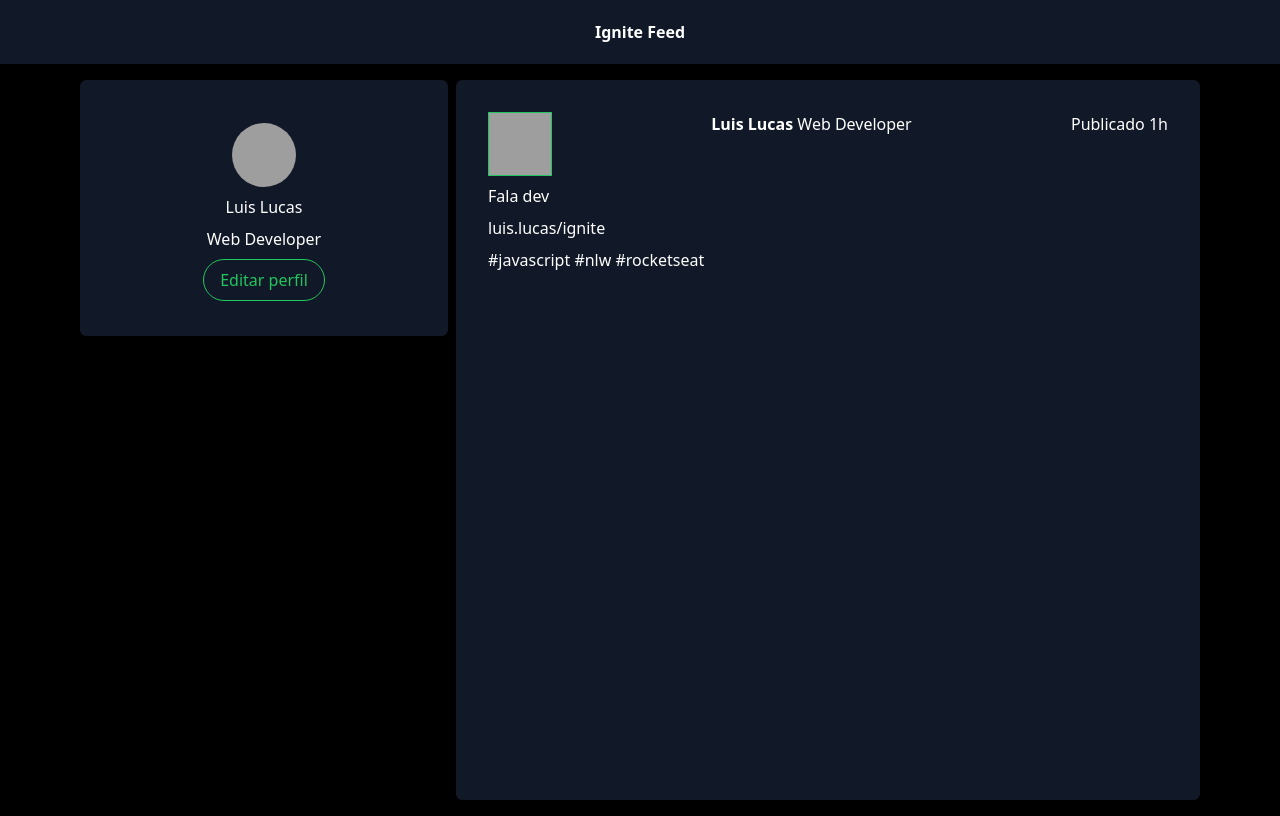
Repository: LuisSempre/ignite-feed
Page: /
An editor plug-in stored every save of this project. The page is shown before and after the next save, followed by the edit.
The browser window is 1280 px wide. The pictures show the whole page.
Pictures or frames that could not be fetched are drawn as grey boxes. The project was rebuilt for these pictures with package versions that can differ from the ones it lists, and the page was loaded fresh each time. Also part of the build but not shown: vite.config.js.

Above is the page before, as saved 2022-07-13 23:17:29.

### src/App.jsx
import { Header } from "./Components/Header"
import { Sidebar } from "./Components/Sidebar"
import { Post } from "./Components/Post"
function App() {
  return (
    <div>
      <Header />
      <div className="max-w-6xl mx-auto p-4 grid grid-cols-3 gap-2 items-start">
        <Sidebar />
        <div className="col-span-2">
         <Post />
        </div>
      </div>
    </div>
  );
}

export default App;

### src/index.css
@tailwind base;
@tailwind components;
@tailwind utilities;

body {
    @apply bg-black text-white;
}

### src/Components/Header.jsx
export function Header() {
  return (
    <div className="flex items-center justify-center h-16 bg-gray-900 mx-auto w-full">
      <h1 className="font-bold bg-gray-900">Ignite Feed</h1>
    </div>
  )
}

### src/Components/Sidebar.jsx
export function Sidebar() {
  return (
    <div className="rounded-md bg-gray-900 justify-center items-center flex flex-col text-center  h-64 space-y-2">
        <span className=" bg-gradient-r from-green-500 via-blue-500"></span>
        <img
          className="w-16 h-16 rounded-full overflow-hidden object-cover"
          src="https://avatars.githubusercontent.com/u/32404639?v=4"
          alt=""
        />
        <h1>Luis Lucas</h1>
        <span>Web Developer</span>
        <a
          href=""
          className="border border-green-500 px-4 py-2 rounded-full text-green-500"
        >
          Editar perfil
        </a>
    </div>
  );
}

### src/Components/Post.jsx
export function Post() {
  return (
    <div className=" bg-gray-900 rounded-md h-screen space-y-2 p-8">
      <div className="flex justify-between ">
        <div className=" flex flex-col">
          <img
            className="h-16 w-16 border border-green-500"
            src="https://github.com/luissempre.png"
            alt=""
          />
        </div>
        <div>
          <strong>Luis Lucas </strong>
          <span>Web Developer</span>
        </div>
        <div>
          <time dataTime="2022-05-11 08:13:00">Publicado 1h</time>
        </div>
      </div>
      <div className="space-y-2">
        <p>Fala dev</p>
        <p>luis.lucas/ignite</p>
        <p>#javascript #nlw #rocketseat</p>
      </div>
    </div>
  );
}

Loaded but not shown: index.html (common file); src/main.jsx (common file); tailwind.config.js (common file)

After the next save:
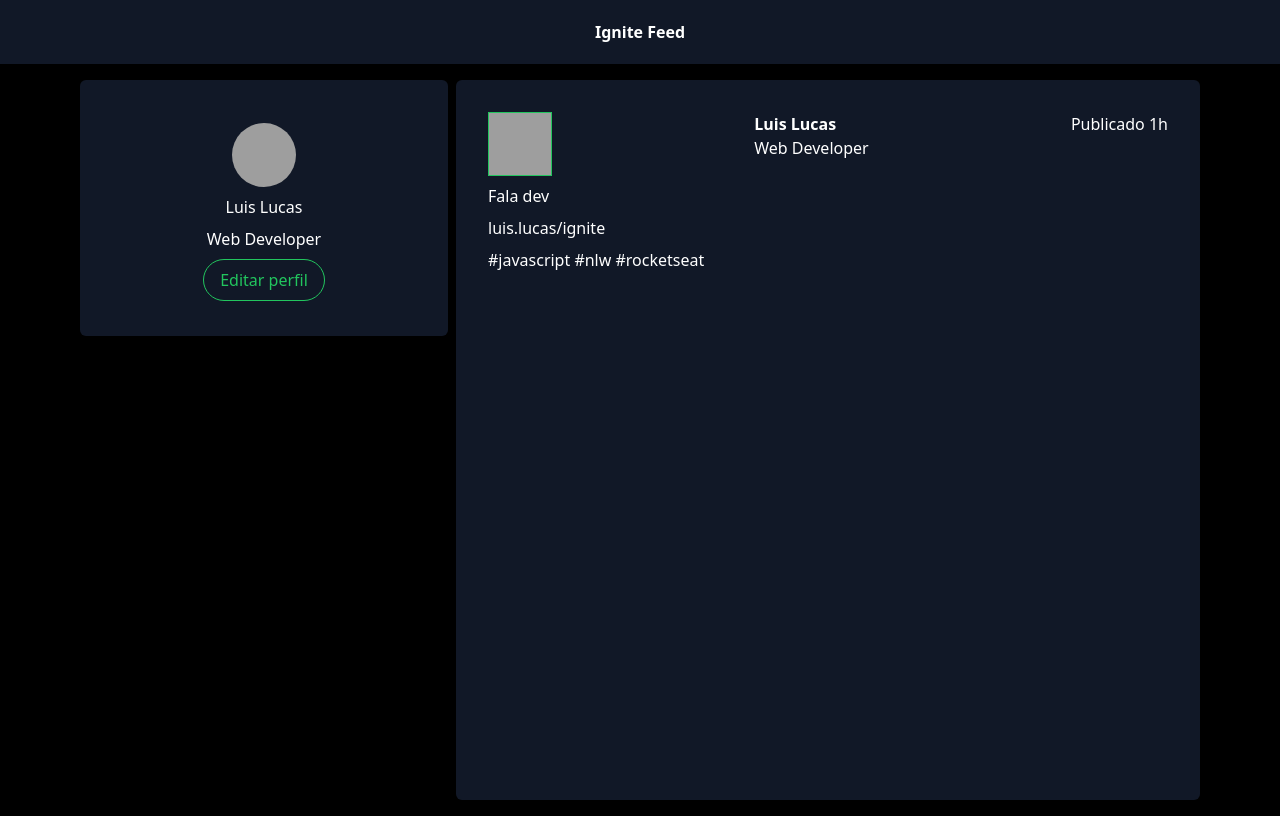
Saved 18 s later.
--- a/src/Components/Post.jsx
+++ b/src/Components/Post.jsx
@@ -9,7 +9,7 @@ export function Post() {
             alt=""
           />
         </div>
-        <div>
+        <div className="flex flex-col">
           <strong>Luis Lucas </strong>
           <span>Web Developer</span>
         </div>
